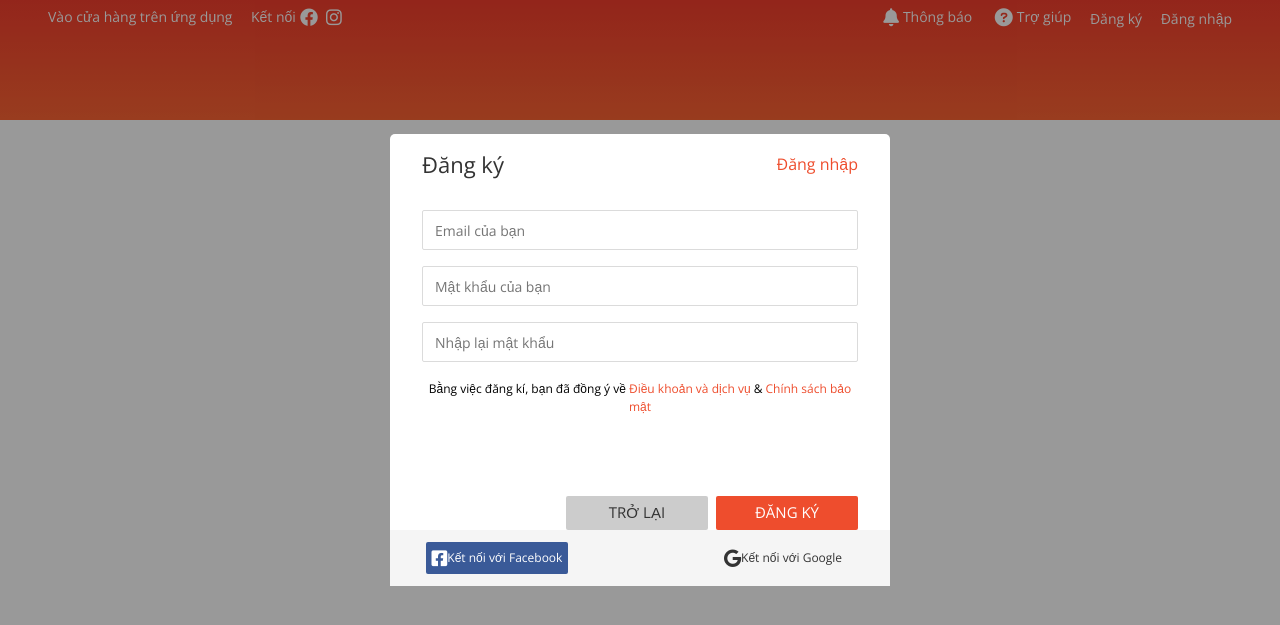
Repository: trongtamdev/Clone-Shopee-Page
Page: index.html
An editor plug-in stored every save of this project. The page is shown before and after the next save, followed by the edit.
The browser window is 1280 px wide. The pictures show the whole page.
The pointer rests on the first visible `.btn`.

Above is the page before, as saved 2022-07-08 22:10:18.

### index.html
<!DOCTYPE html>
<html lang="en">

<head>
    <meta charset="UTF-8">
    <meta http-equiv="X-UA-Compatible" content="IE=edge">
    <meta name="viewport" content="width=device-width, initial-scale=1.0">
    <title>Document</title>
    <link rel="stylesheet" href="https://cdnjs.cloudflare.com/ajax/libs/normalize/8.0.1/normalize.min.css">
    <link rel="stylesheet" href="assets/css/base.css">
    <link rel="stylesheet" href="assets/css/main.css">
    <link rel="stylesheet" href="assets/fonts/fontawesome-free-6.1.1/css/all.min.css">
    <link href="https://fonts.googleapis.com/css2?family=Open+Sans:wght@300;400;500;700&display=swap" rel="stylesheet">
</head>
    <div class="app">
        <header class="header">
            <div class="grid">
                <nav class="header__navbar">
                    <ul class="header__navbar-list">
                        <li class="header__navbar-item header__navbar-item--has-qr">
                            Vào cửa hàng trên ứng dụng
                            <div class="header__qr">
                                <img src="assets/img/qr_code.png" alt="QR code" class="header__qr-img">
                                <div class="header__qr-apps">
                                    <a href="" class="header__qr-link">
                                        <img src="assets/img/google_play.png" alt="Google play" class="header__qr-download-img">
                                    </a>
                                    <a href="" class="header__qr-link">
                                        <img src="assets/img/app_store.png" alt="App store" class="header__qr-download-img">
                                    </a>
                                </div>
                            </div>
                        </li>
                        <li class="header__navbar-item">
                            <span class="header__navbar-title--no-pointer">Kết nối</span>
                            <a href="" class="header__navbar-icon-link">
                                <i class="header__navbar-icon fa-brands fa-facebook"></i>
                            </a>
                            <a href="" class="header__navbar-icon-link">
                                <i class="header__navbar-icon fa-brands fa-instagram"></i>
                            </a>
                        </li>
                    </ul>

                    <ul class="header__navbar-list">
                        <li class="header__navbar-item">
                            <a href="" class="header__navbar-item-link">
                                <i class="header__navbar-icon fa-solid fa-bell"></i>
                                Thông báo</a>
                        </li>

                        <li class="header__navbar-item">
                            <a href="" class="header__navbar-item-link">
                                <i class="header__navbar-icon fa-solid fa-circle-question"></i>
                                Trợ giúp</a>
                        </li>

                        <li class="header__navbar-item header__navbar-item--strong">Đăng ký</li>
                        <li class="header__navbar-item header__navbar-item--strong">Đăng nhập</li>
                    </ul>
                </nav>
            </div>

        </header>

        <div class="container">

        </div>

        <footer class="footer">

        </footer>
    </div>
    <div class="modal">
        <div class="modal__overlay">

        </div>
        <div class="modal__body">

            <!-- Auth form -->
            <div class="auth-form">
                <div class="auth-form__container">
                    <div class="auth-form__header">
                        <h3 class="auth-form__heading">Đăng ký</h3>
                        <span class="auth-form__switch-btn">Đăng nhập</span>
                    </div>

                    <div class="auth-form__form">
                        <div class="auth-form__group">
                            <input type="text" class="auth-form__input" placeholder="Email của bạn">
                        </div>

                        <div class="auth-form__group">
                            <input type="password" class="auth-form__input" placeholder="Mật khẩu của bạn">
                        </div>

                        <div class="auth-form__group">
                            <input type="password" class="auth-form__input" placeholder="Nhập lại mật khẩu">
                        </div>
                    </div>

                    <div class="auth-form__aside">
                        <p class="auth-form__policy-text">
                            Bằng việc đăng kí, bạn đã đồng ý về
                            <a href="" class="auth-form__text-link">Điều khoản và dịch vụ</a> &
                            <a href="" class="auth-form__text-link">Chính sách bảo mật</a>
                        </p>
                    </div>

                    <div class="auth-form__controls">
                        <button class="btn auth-form__controls-back">TRỞ LẠI</button>
                        <button class="btn btn--primary">ĐĂNG KÝ</button>
                    </div>
                </div>

                <div class="auth-form__socials">
                    <a href="" class="btn auth-form__socials--facebook btn--size-s btn--with-icon">
                        <i class="auth-form__socials-icon fa-brands fa-facebook-square"></i>
                        Kết nối với Facebook
                    </a>

                    <a href="" class="btn auth-form__socials--google btn--size-s btn--with-icon">
                        <i class="auth-form__socials-icon fa-brands fa-google"></i>
                        Kết nối với Google
                    </a>
                </div>
            </div>
        </div>
    </div>
<body>

</body>

</html>

### assets/css/base.css
:root {
    --white-color :#fff;
    --back-color :#000;
    --text-color : #333;
    --primary-color: #EE4D2D;
    --border-color: #dbdbdb;
}

*{
    box-sizing: inherit;
}

html {
    font-size: 62.5%;
    line-height: 1.6rem;
    font-family: 'Open Sans', sans-serif;;
    box-sizing: border-box;
}

.grid {
    width: 1200px;
    max-width: 100%;
    margin: 0 auto;
}

.grid__full-width {
    width: 100%;
}

.grid__row {
    display: flex;
    flex-wrap: wrap
}

/* Animation */
@keyframes fadeIn {
    from {
        opacity: 0;
    }to {
        opacity: 1;
    }
}

/* Modal */

.modal {
    position: fixed;
    top: 0;
    right: 0;
    bottom: 0;
    left: 0;
    display: flex;
}

.modal__overlay {
    position: absolute;
    width: 100%;
    height: 100%;
    background-color: rgba(0, 0, 0, 0.4);
}

.modal__body {

    background-color: var(--white-color);
    margin: auto;
    position: relative;
    z-index: 1;
    border-radius: 5px;
}

/* Button Style */
.btn {
    min-width: 142px;
    height: 34px;
    text-decoration: none;
    border: none;
    border-radius: 2px;
    font-size: 1.5rem;
    padding: 0;
    outline: none;
    cursor: pointer;
    color: var(--text-color);
    display: flex;
    align-items: center;
    justify-content: center;
}

.btn:hover {
    background-color: rgba(0, 0, 0, 0.2);
}

.btn.btn--size-s {
    height: 32px;
    font-size: 12px;
}


.btn.btn--primary {
    color: var(--white-color);
    background-color: var(--primary-color);
}

.btn.btn--disabled {
    color: #949494;
    cursor: default;
    background-color: #c3c3c3;
}

### assets/css/main.css
.header {
    height: 120px;
    background-image: linear-gradient(0, #fe6433, #f53e2d);
}

.header__navbar {
    display: flex;
    justify-content: space-between;
}

.header__navbar-list {
    list-style: none;
    padding: 0;
    margin-top: 4px;
}

.header__navbar-item {
    margin: 0 8px;
    position: relative;
    min-height: 26px;
}

.header__navbar-item--has-qr:hover .header__qr {
    display: block;
}

.header__navbar-item,
.header__navbar-item-link{
    display: inline-block;
    font-size: 1.4rem;
    color :var(--white-color);
    text-decoration: none;
    font-weight: 300;
}

.header__navbar-item,
.header__navbar-item-link,
.header__navbar-icon-link {
    display: inline-flex;
    align-items: center;
}

.header__navbar-item:hover,
.header__navbar-item-link:hover,
.header__navbar-icon-link:hover{
    cursor: pointer;
    color: rgba(255, 255, 255, 0.7);
}

.header__navbar-item--strong {
    font-weight: 400;
}


.header__navbar-icon-link {
    color: var(--white-color);
    text-decoration: none;
}

.header__navbar-icon {
    font-size: 1.8rem;
    margin: 0 4px;
}

.header__navbar-title--no-pointer {
    color: var(--white-color);
    cursor: text;
}

/* Header QR code */

.header__qr {
    width: 186px;
    background-color: var(--white-color);
    position: absolute;
    left: 0;
    top: 118%;
    padding: 8px;
    border-radius: 2px;
    display: none;
    animation: fadeIn ease-in 0.5s;
}

.header__qr::before {
    position: absolute;
    left: 0;
    top: -16px;
    width: 100%;
    height: 20px;
    content: "";
    display: block;
}

.header__qr-img {
    width: 100%;
}

.header__qr-apps {
    display: flex;
}

.header__qr-link:nth-child(1) {
    margin-left: 11px;
}

.header__qr-link:nth-child(2) {
    margin-right: 11px;
}

.header__qr-download-img {
    height: 18px;
}


/* Authen Modal */

.auth-form {
    width: 500px;

}


.auth-form__container {
    padding: 0 32px;
}

.auth-form__header {
    display: flex;
    align-items: center;
    justify-content: space-between;
}

.auth-form__heading {
    font-size: 2.2rem;
    font-weight: 400;
    color: var(--text-color);
}

.auth-form__switch-btn {
    font-size: 1.6rem;
    font-weight: 400;
    color: var(--primary-color);
    cursor: pointer;
}

.auth-form__form {

}

.auth-form__input {
    width: 100%;
    height: 40px;
    margin-top: 16px;
    padding: 0 12px;
    font-size: 1.4rem;
    border: 1px solid var(--border-color);
    border-radius: 2px;
    outline: none;
}

.auth-form__input:focus {
    border-color: #777;
}

.auth-form__aside {
    margin-top: 18px;
}

.auth-form__policy-text {
    font-size: 1.2rem;
    line-height: 1.8rem;
    text-align: center;
    padding: 0 12pxs;
}

.auth-form__text-link {
    text-decoration: none;
    color: var(--primary-color);
}

.auth-form__controls {
    display: flex;
    justify-content: flex-end;
    margin-top: 80px;
}

.auth-form__controls-back {
    margin-right: 8px;
}

.auth-form__socials {
    background-color: #f5f5f5;
    padding: 12px 36px;
    display: flex;
    justify-content: space-between;
}

.auth-form__socials-icon {
    font-size: 1.8rem;

}

.auth-form__socials--facebook {
    color: var(--white-color);
    background-color: #3A5A98;
}

.auth-form__socials--facebook
.auth-form__socials-icon {
    color: var(--white-color);
}

Loaded but not shown: assets/fonts/fontawesome-free-6.1.1/css/all.min.css (library)

After the next save:
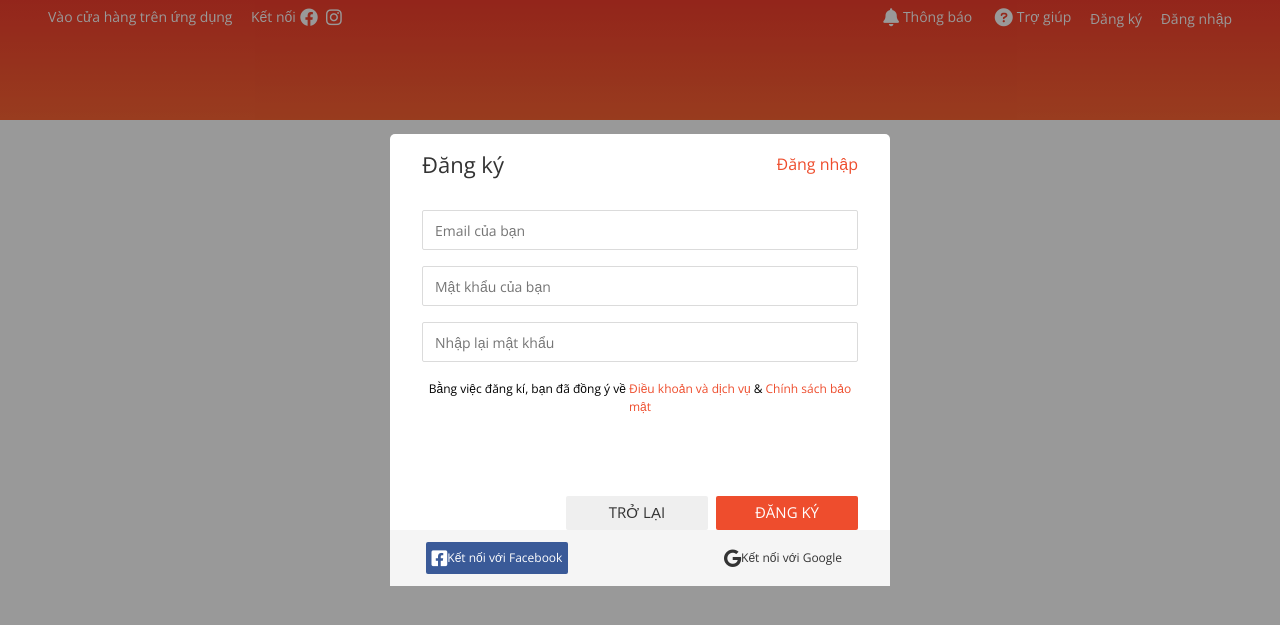
Saved 94 s later.
--- a/assets/css/base.css
+++ b/assets/css/base.css
@@ -85,7 +85,7 @@ html {
     justify-content: center;
 }
 
-.btn:hover {
+.btn.btn--normal:hover {
     background-color: rgba(0, 0, 0, 0.2);
 }
 
